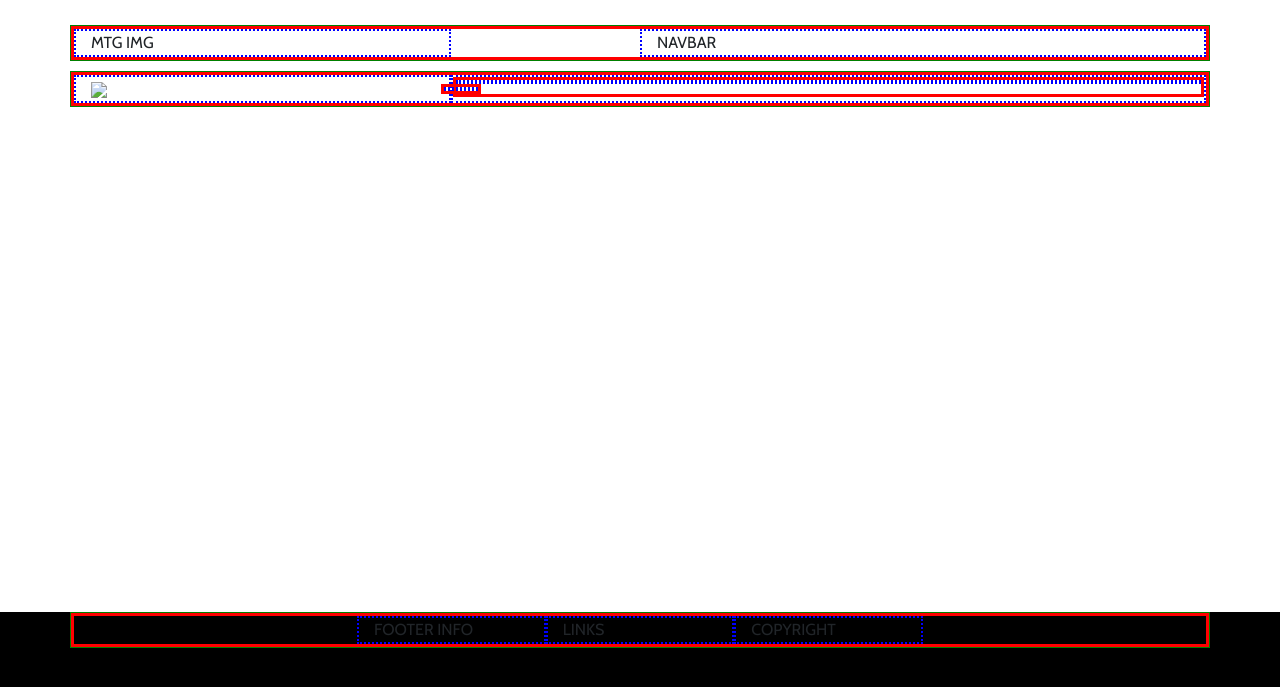
Repository: Code-Institute-Submissions/Milestone-Project-1-Art-Blog
Page: artisttemp.html
The author's editor kept a record of every edit. The page is drawn from the files as they stood at one moment, then again after the next edit.
The browser window is 1280 px wide. The pictures show the whole page.
Some web libraries are served in a nearby version.

Above is the page before.

### artisttemp.html
<!DOCTYPE html>
<html lang="en">

<head>
    <meta charset="UTF-8">
    <meta name="viewport" content="width=device-width, initial-scale=1.0">
    <meta http-equiv="X-UA-Compatible" content="ie=edge">
    <link rel="stylesheet" href="https://maxcdn.bootstrapcdn.com/bootstrap/4.2.1/css/bootstrap.min.css" type="text/css" />
    <link rel="stylesheet" href="https://use.fontawesome.com/releases/v5.0.10/css/all.css" integrity="sha384-+d0P83n9kaQMCwj8F4RJB66tzIwOKmrdb46+porD/OvrJ+37WqIM7UoBtwHO6Nlg" crossorigin="anonymous">
    <link rel="stylesheet" href="https://cdnjs.cloudflare.com/ajax/libs/hover.css/2.3.1/css/hover-min.css" type="text/css" />
    <link rel="stylesheet" href="assets/css/style.css" type="text/css" />
    <title>MtG: Flavourist</title>
</head>

<body>

    <header>
        <div class="container my-container">
            <div class="row my-row">
                <div class="col-4 my-col">
                    MTG IMG
                </div>
                <div class="offset-2 col-6 my-col">
                    NAVBAR
                </div>
            </div>
        </div>
    </header>

    <content>
        <div class="container my-container">
            <div class="row my-row">
                <div class="col-4 my-col">
                    <img src="#"></img>
                </div>
                <div class="col-8 my-col">
                    <div class="row my-row">
                        <div class="col-12 my-col">

                        </div>
                        <div class="row my-row">
                            <div class="col-12 my-col">

                            </div>
                        </div>
                    </div>
                </div>
            </div>
        </div>

    </content>

    <footer>
        <div class="container my-container">
            <div class="row my-row">
                <div class="offset-3 col-2 my-col">
                    FOOTER INFO
                </div>
                <div class="col-2 my-col">
                    LINKS
                </div>
                <div class="col-2 my-col">
                    COPYRIGHT
                </div>
            </div>
        </div>

    </footer>

</body>

</html>

### assets/css/style.css
@import url('https://fonts.googleapis.com/css?family=Cabin:100,200,300,400,500,600,700|Indie+Flower:100,200,300,400,500,600,700');

/* ----------------------------------- resets*/

body {
    font-family: cabin;
}

header {
    margin: 0;
    margin-top: 25px;
}

footer {
    position: absolute;
    bottom: 0px;
    width: 100%;
    height: 15%;
    background-color: black;
}

/* ----------------------------------- test-styles*/

.content {
    background-color: lightgrey;
    margin: 20px 0px;
}

.logo {
padding: 0px;
}

.header-titles {
 max-width:100%;
 padding: 0px;
}

.logo-img {
    width: 100%;
}

.my-container {
    border: 1px solid green;
}

.my-row {
    border: 3px solid red;
}

.my-row-nested {
    border: 3px solid yellow;
}

.my-col {
    border: 2px dotted blue;
}

.container {
    margin-bottom: 10px;
}

.container-fluid {
    margin-bottom: 10px;
}

After the next edit:
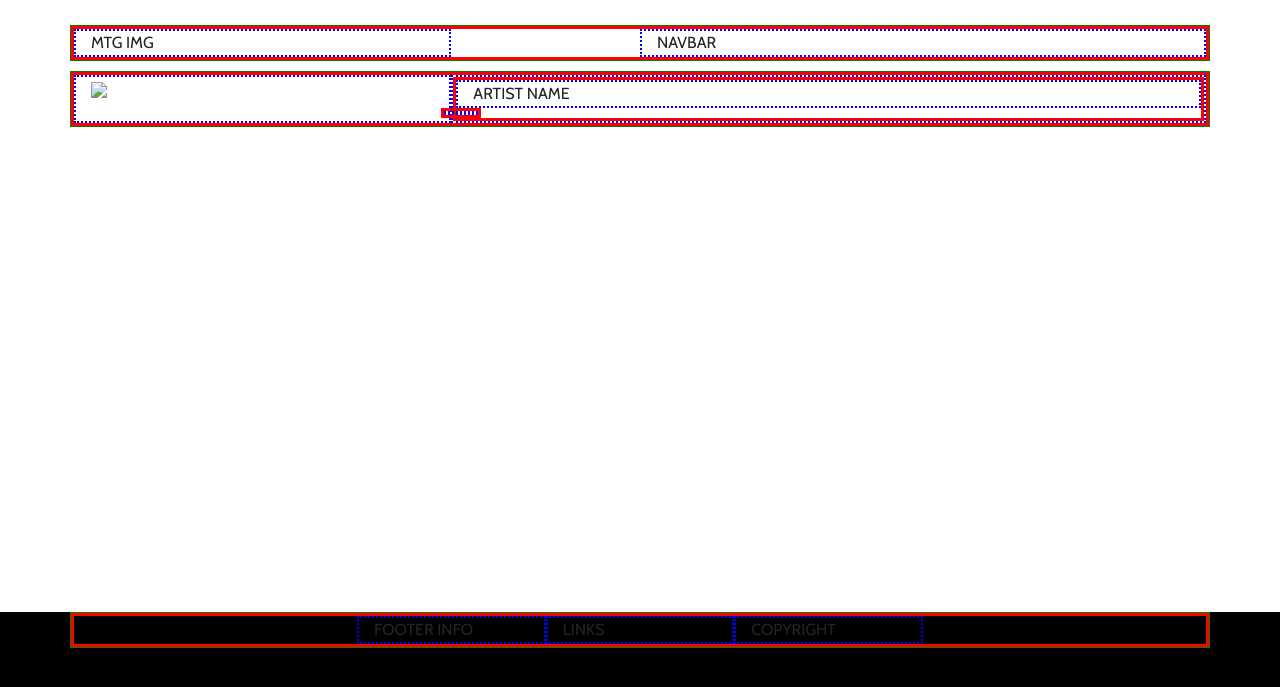
The edit:
--- a/artisttemp.html
+++ b/artisttemp.html
@@ -36,7 +36,7 @@
                 <div class="col-8 my-col">
                     <div class="row my-row">
                         <div class="col-12 my-col">
-
+                            ARTIST NAME
                         </div>
                         <div class="row my-row">
                             <div class="col-12 my-col">
